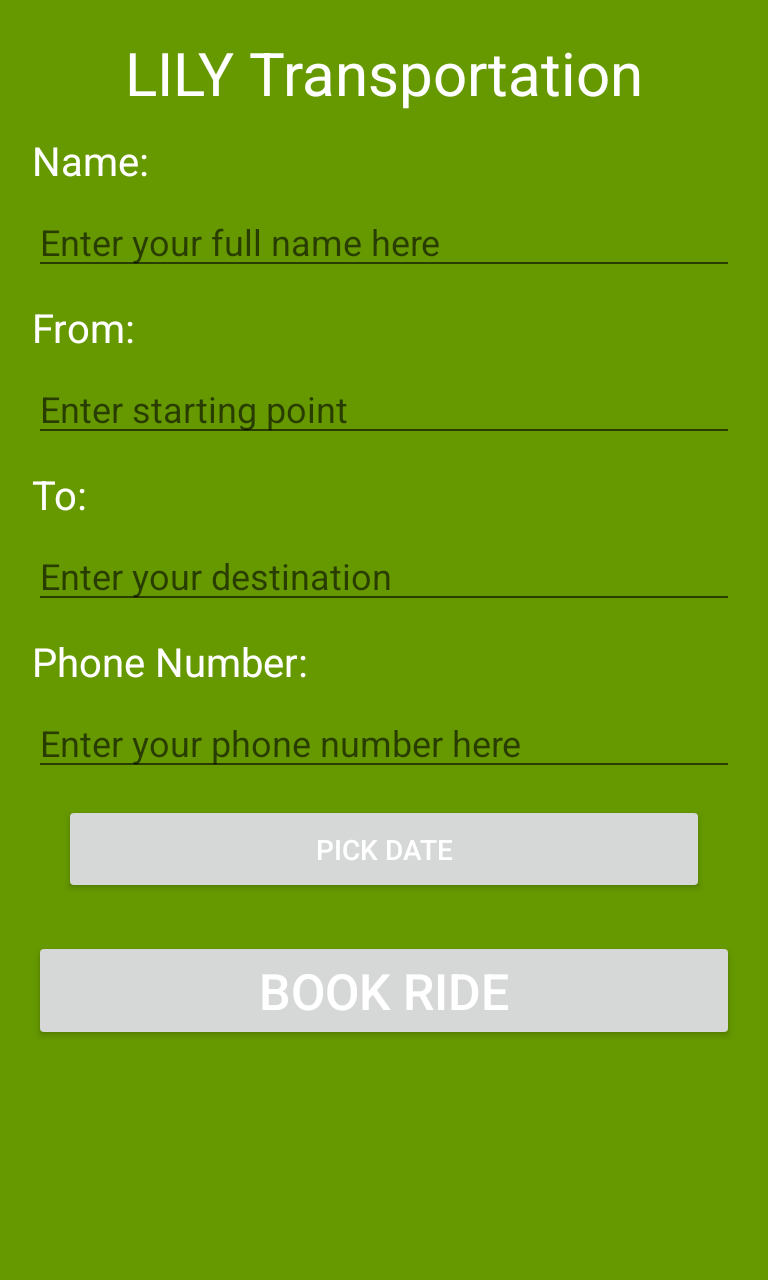
Repository: bwoldemi/LilyTrans
Layout: TransLily/res/layout/activity_main.xml
These files come from the project's save history. The layout is drawn as it stood at one moment and after the next save; the edit follows.
It is drawn on a 768 x 1280 px phone screen (xhdpi) without system bars, with theme AppTheme; the app's code is not run.

Above is the layout before, as saved 2014-09-20 11:35:01.

### TransLily/res/layout/activity_main.xml
<LinearLayout xmlns:android="http://schemas.android.com/apk/res/android"
    xmlns:tools="http://schemas.android.com/tools"
    android:layout_width="match_parent"
    android:layout_height="match_parent"
    android:background="#669900"
    android:orientation="vertical"
    android:paddingBottom="@dimen/activity_vertical_margin"
    android:paddingLeft="@dimen/activity_horizontal_margin"
    android:paddingRight="@dimen/activity_horizontal_margin"
    android:paddingTop="@dimen/activity_vertical_margin"
    android:scrollbars="vertical"
    tools:context="com.example.translily.MainActivity" >

    <TextView
        android:layout_width="fill_parent"
        android:layout_height="wrap_content"
        android:layout_marginBottom="10sp"
        android:gravity="center"
        android:text="@string/lily"
        android:textColor="#FFF"
        android:textSize="30sp" />

    <TextView
        android:layout_width="fill_parent"
        android:layout_height="wrap_content"
        android:layout_marginBottom="5sp"
        android:text="@string/senior_name"
        android:textColor="#FFF"
        android:textSize="20sp" />

    <EditText
        android:id="@+id/name"
        android:layout_width="fill_parent"
        android:layout_height="wrap_content"
        android:layout_marginBottom="10sp"
        android:hint="@string/typein_name"
        android:textColor="#FFF" />

    <TextView
        android:layout_width="fill_parent"
        android:layout_height="wrap_content"
        android:layout_marginBottom="5sp"
        android:text="@string/starting_point"
        android:textColor="#FFF"
        android:textSize="20sp" />

    <EditText
        android:id="@+id/from"
        android:layout_width="fill_parent"
        android:layout_height="wrap_content"
        android:layout_marginBottom="10sp"
        android:hint="@string/starting_location"
        android:textColor="#FFF" />

    <TextView
        android:layout_width="fill_parent"
        android:layout_height="wrap_content"
        android:layout_marginBottom="5sp"
        android:text="@string/destination_point"
        android:textColor="#FFF"
        android:textSize="20sp" />

    <EditText
        android:id="@+id/to"
        android:layout_width="fill_parent"
        android:layout_height="wrap_content"
        android:layout_marginBottom="10sp"
        android:hint="@string/ending_location"
        android:textColor="#FFF" />

    <TextView
        android:layout_width="fill_parent"
        android:layout_height="wrap_content"
        android:layout_marginBottom="5sp"
        android:text="@string/contact_info"
        android:textColor="#FFF"
        android:textSize="20sp" />

    <EditText
        android:id="@+id/phoneNumber"
        android:layout_width="fill_parent"
        android:layout_height="wrap_content"
        android:layout_marginBottom="10sp"
        android:hint="@string/phone_number"
        android:inputType="phone"
        android:textColor="#FFF"
        />



    <Button
        android:layout_width="fill_parent"
        android:layout_marginRight="15sp"
         android:layout_marginLeft="15sp"
        android:layout_height="wrap_content"
        android:onClick="showDatePickerDialog"
         android:textColor="#FFF"
        android:text="@string/pick_date" />

    <Button
        android:layout_marginTop="20sp"
        android:layout_width="fill_parent"
        android:layout_height="wrap_content"
        android:onClick="askForRide"
        android:text="@string/button_askride"
         android:textColor="#FFF"
        android:textSize="25sp"/>



</LinearLayout>

### TransLily/res/values/strings.xml
<?xml version="1.0" encoding="utf-8"?>
<resources>

    <string name="app_name">TransLily</string>
    <string name="hello_world">Hello world!</string>
    <string name="action_settings">Settings</string>
    <string name="lily">LILY Transportation </string>
     <string name="starting_point">From: </string>
    <string name="starting_location">Enter starting point</string>
    <string name="destination_point">To: </string>
    <string name="ending_location">Enter your destination</string>
    <string name="senior_name"> Name: </string>
    <string name="typein_name"> Enter your full name here</string>
    <string name="contact_info"> Phone Number: </string>
    <string name="phone_number"> Enter your phone number here</string>
    <string name="button_askride"> Book Ride</string>
    <string name="button_offerride"> Offer ride</string>
    <string name="pick_time"> Pick time </string>
    <string name="pick_date"> Pick date </string>
    <string name="title_activity_ask_ride">AskRideActivity</string>

</resources>

Loaded but not shown: TransLily/res/values/styles.xml (common file); TransLily/res/values-v11/styles.xml (common file); TransLily/res/values-v14/styles.xml (common file); TransLily/res/values/dimens.xml (common file); TransLily/res/values-w820dp/dimens.xml (common file)

After the next save:
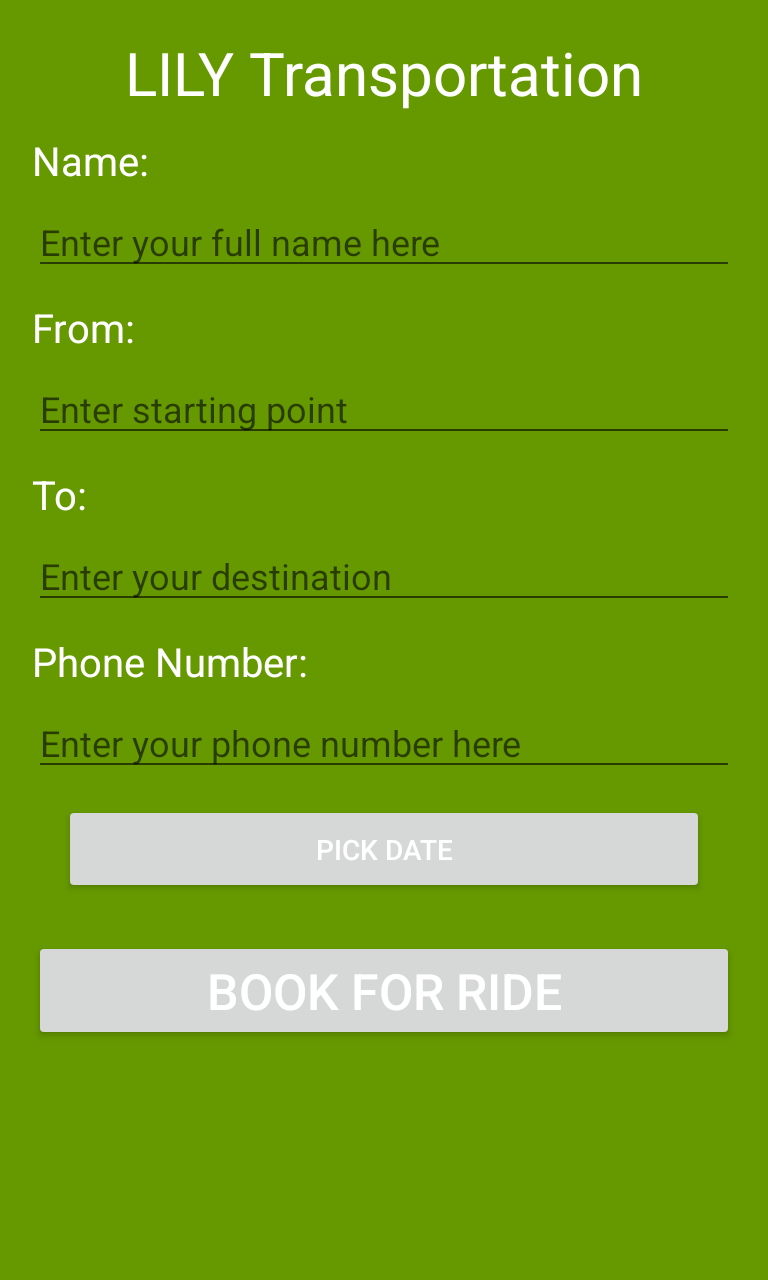
Saved 73 s later.
--- a/TransLily/res/values/strings.xml
+++ b/TransLily/res/values/strings.xml
@@ -13,7 +13,7 @@
     <string name="typein_name"> Enter your full name here</string>
     <string name="contact_info"> Phone Number: </string>
     <string name="phone_number"> Enter your phone number here</string>
-    <string name="button_askride"> Book Ride</string>
+    <string name="button_askride"> Book For Ride</string>
     <string name="button_offerride"> Offer ride</string>
     <string name="pick_time"> Pick time </string>
     <string name="pick_date"> Pick date </string>
